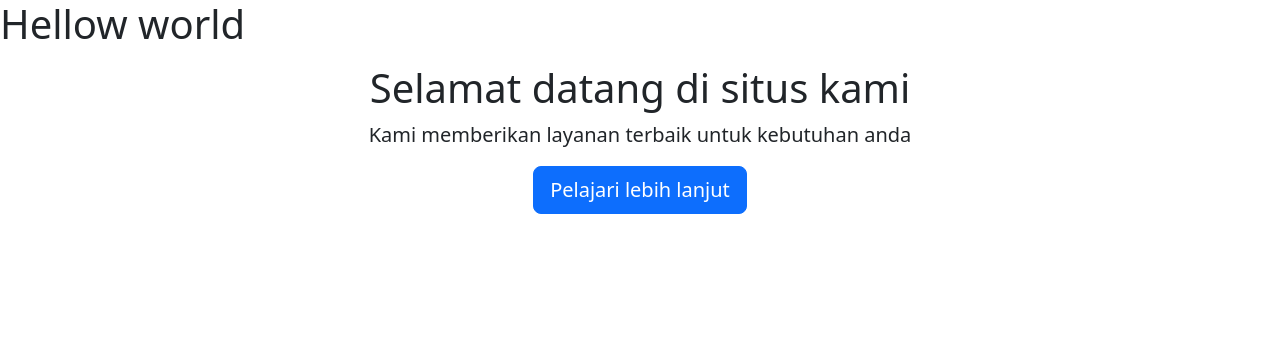
Repository: aryowisang/mbg
Page: latihan-24.html
These files come from the project's save history. The page is drawn as it stood at one moment and after the next save; the edit follows.
The browser window is 1280 px wide. The pictures show the whole page.

Above is the page before, as saved 2026-04-30 14:03:52.

After the next save:
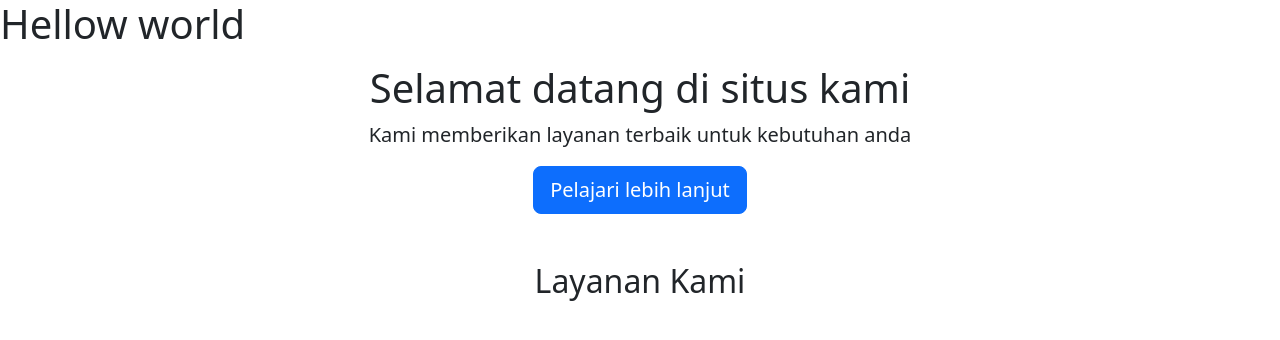
Saved 11 s later.
--- a/latihan-24.html
+++ b/latihan-24.html
@@ -17,7 +17,7 @@
     </section>
 
     <section id="services" class="container mt-5">
-        <h2 class="text-center mb-4"
+        <h2 class="text-center mb-4">Layanan Kami</h2>
     </section>
 </body>
 </html>
